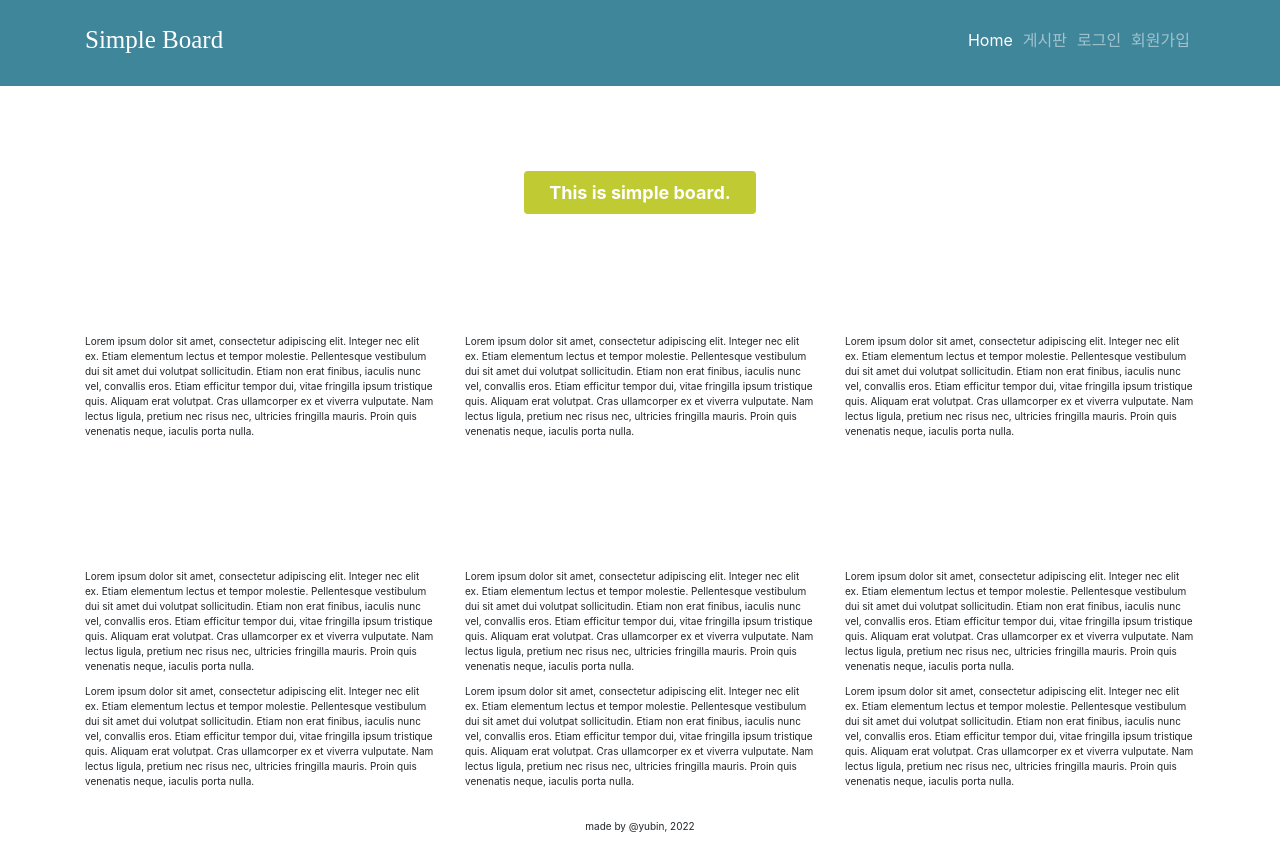
Repository: yubincho/simpleBoard
Page: http://localhost/demo/WEB-INF/views/index.jsp
These files come from the project's save history. The page is drawn as it stood at one moment and after the next save; the edit follows.
The browser window is 1280 px wide. The pictures show the whole page.
Some web fonts or font styles are not loaded; a fallback is used. Some web libraries are served in a nearby version. The page is served by Tomcat 9. Nobody is signed in. The template is opened directly, without the code that normally fills it, so the values that code supplies are empty.

Above is the page before, as saved 2022-10-17 20:27:13.

After the next save:
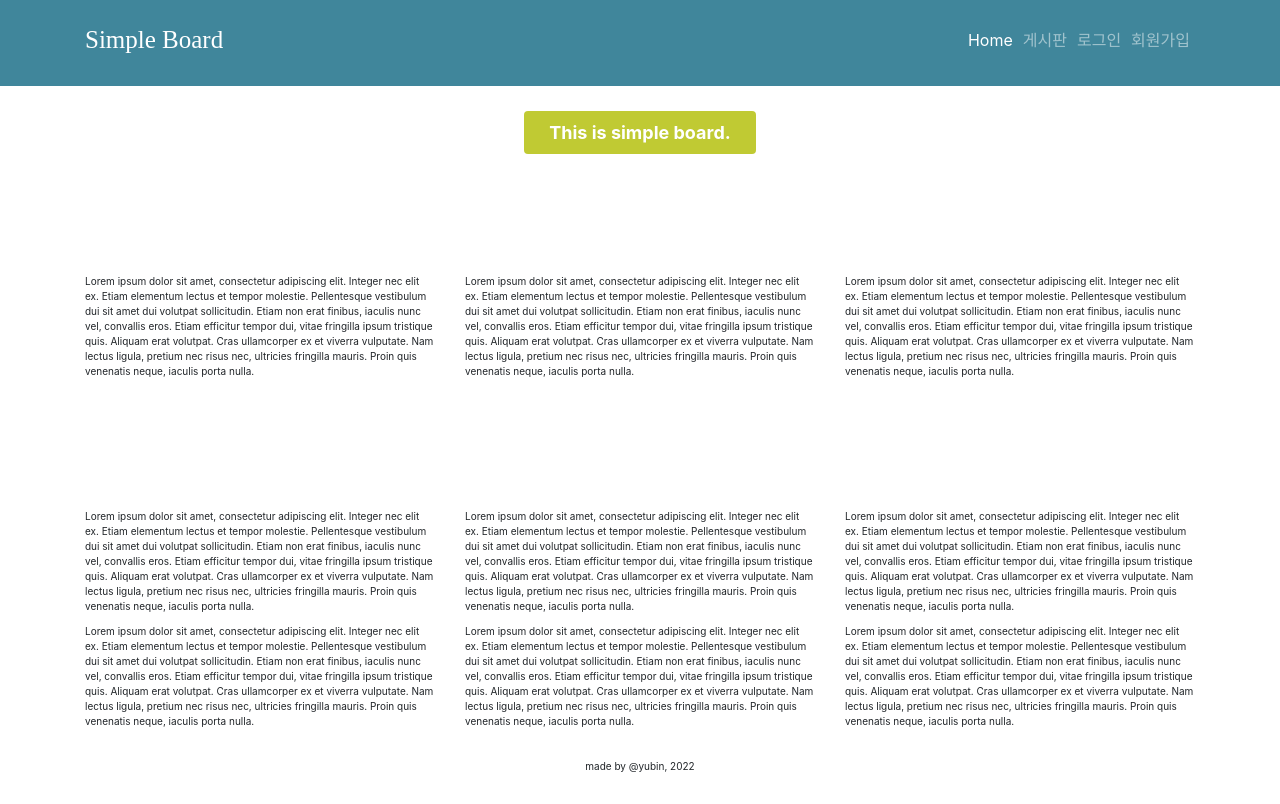
Saved 20 s later.
--- a/demo/src/main/webapp/WEB-INF/views/index.jsp
+++ b/demo/src/main/webapp/WEB-INF/views/index.jsp
@@ -9,7 +9,7 @@
 
 <div class="banner">
 		<div class="container">
-			<h1>Bootstrap 4 Navbar</h1>
+			<h1></h1>
 
 			<a href="#content" class="button button-primary">This is simple board.</a> <br/>
 
